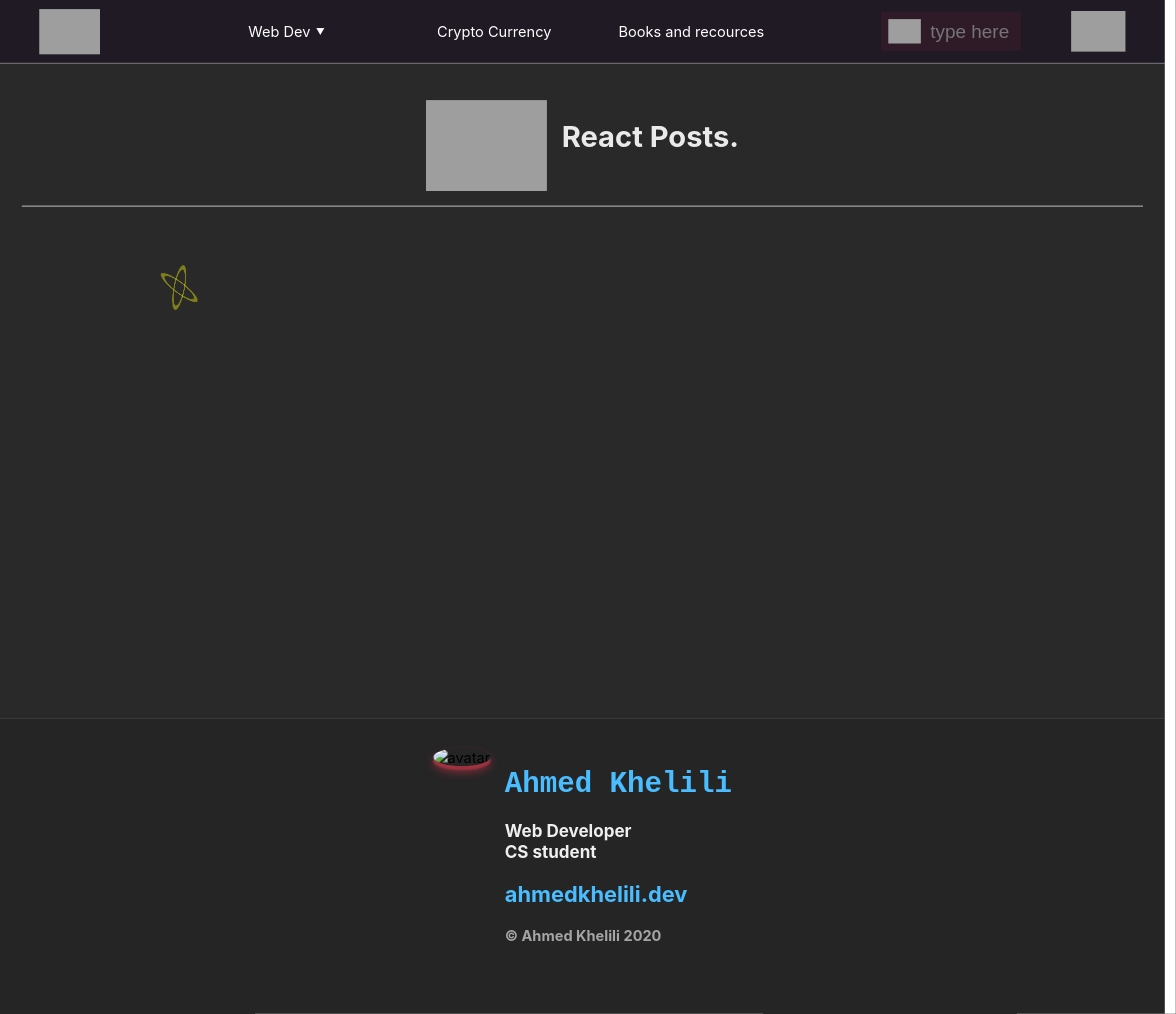
Repository: Midoukh/my-blog
Page: /WebDev/React
An editor plug-in stored every save of this project. The page is shown before and after the next save, followed by the edit.
The browser window is 1280 px wide. The page is 1292 px wide, so the pictures cover 1292 px, including what lies to the right of the window. The pictures show the whole page, at 91% of full size.
Pictures or frames that could not be fetched are drawn as grey boxes. The page's requests for data from a server got no answer. Some web fonts or font styles are not loaded; a fallback is used. The project was rebuilt for these pictures with package versions that can differ from the ones it lists, and the page was loaded fresh each time. The framework's server and built-in components were replaced by stand-ins that run in the browser. No one was signed in, and anything a server would have sent is missing. Also part of the build but not shown: next.config.js, Components/Backdrop/Backdrop.jsx, Components/Form/Form.module.css, UI/Button/Button.module.css, UI/Button/Button.jsx, Components/Form/Form.jsx, Components/Nav/DropDown/DropDown.module.css, Components/Nav/DropDown/DropDown.jsx and 1 more.

Above is the page before, as saved 2021-12-26 17:46:17.

After the next save:
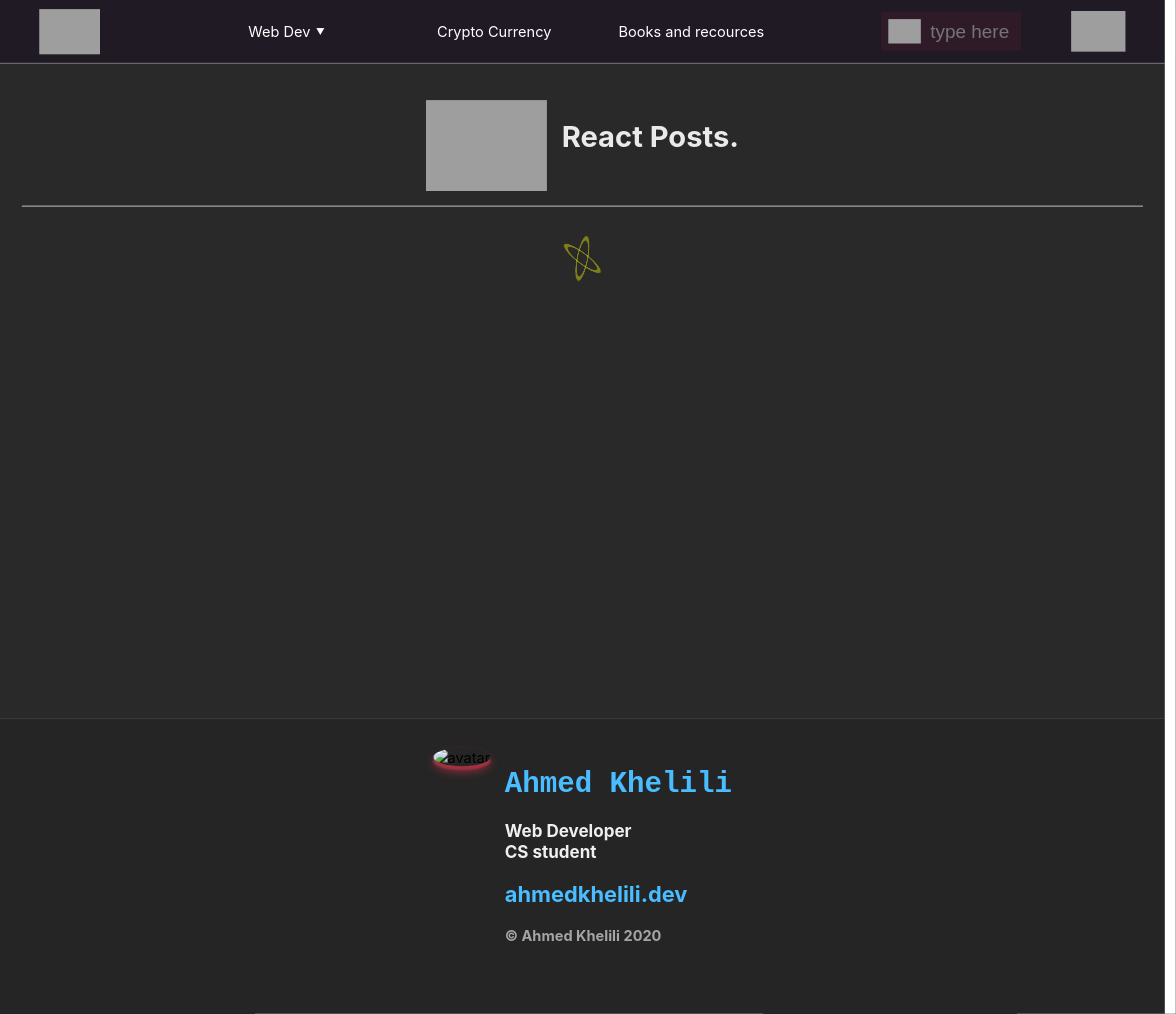
Saved 87 s later.
--- a/pages/WebDev/React/index.jsx
+++ b/pages/WebDev/React/index.jsx
@@ -52,18 +52,18 @@
           <img src={reactLogo} />
           <h1>React Posts.</h1>
         </header>
-        <div className={styles.Grid}>
-          {this.state.data.length === 0
-            ? noBlogs
-            : this.state.data.map((blg) => (
+        {this.state.data.length === 0
+          ? noBlogs
+          : this.state.data.map((blg) => (
+              <div className={styles.Grid}>
                 <Blog
                   key={blg._id}
                   name={blg.title}
                   bg="linear-gradient(45deg, #1f1a24da, #2f1a24df)"
                   link={`/post/${blg.slug}`}
                 />
-              ))}
-        </div>
+              </div>
+            ))}
       </main>
     );
   }
